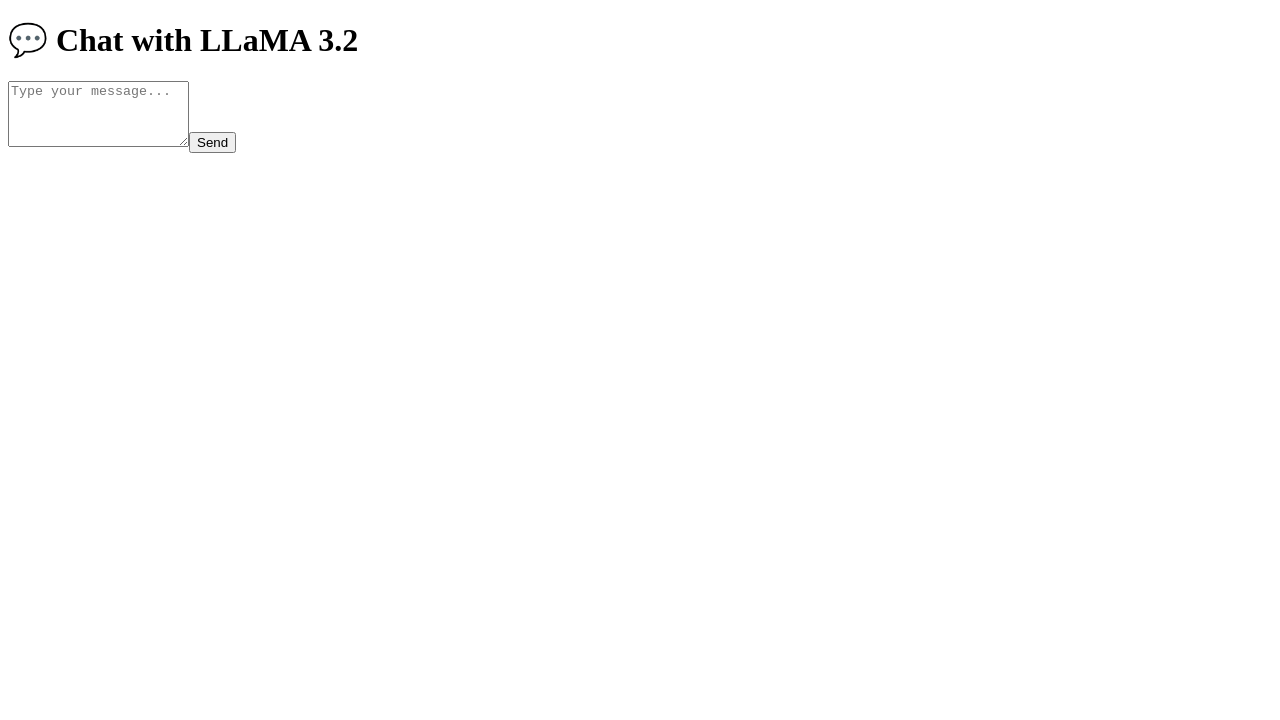
Repository: Theanh0410/Pre-thesis
Page: / (app in LLM/client/)
The author's editor kept a copy of each file at every save. The page is drawn from the files as they stood at one save, then again after the next save.
The browser window is 1280 px wide. The pictures show the whole page.
The project was rebuilt for these pictures with package versions that can differ from the ones it lists, and the page was loaded fresh each time. The framework's server and built-in components were replaced by stand-ins that run in the browser. Also part of the build but not shown: LLM/client/next.config.js, LLM/client/next.config.mjs.

Above is the page before, as saved 2025-04-07 16:02:32.

### LLM/client/pages/index.js
// import Image from "next/image";
// import { Geist, Geist_Mono } from "next/font/google";

// const geistSans = Geist({
//   variable: "--font-geist-sans",
//   subsets: ["latin"],
// });

// const geistMono = Geist_Mono({
//   variable: "--font-geist-mono",
//   subsets: ["latin"],
// });

// export default function Home() {
//   return (
//     <div className="grid grid-rows-[20px_1fr_20px] items-center justify-items-center min-h-screen p-8 pb-20 gap-16 sm:p-20 font-[family-name:var(--font-geist-sans)]">
//       <main className="flex flex-col gap-[32px] row-start-2 items-center sm:items-start">
//         <Image
//           className="dark:invert"
//           src="/next.svg"
//           alt="Next.js logo"
//           width={180}
//           height={38}
//           priority
//         />
//         <ol className="list-inside list-decimal text-sm/6 text-center sm:text-left font-[family-name:var(--font-geist-mono)]">
//           <li className="mb-2 tracking-[-.01em]">
//             Get started by editing{" "}
//             <code className="bg-black/[.05] dark:bg-white/[.06] px-1 py-0.5 rounded font-[family-name:var(--font-geist-mono)] font-semibold">
//               pages/index.js
//             </code>
//             .
//           </li>
//           <li className="tracking-[-.01em]">
//             Save and see your changes instantly.
//           </li>
//         </ol>
//         <div className="flex gap-4 items-center flex-col sm:flex-row">
//           <a
//             className="rounded-full border border-solid border-transparent transition-colors flex items-center justify-center bg-foreground text-background gap-2 hover:bg-[#383838] dark:hover:bg-[#ccc] font-medium text-sm sm:text-base h-10 sm:h-12 px-4 sm:px-5 sm:w-auto"
//             href="https://vercel.com/new?utm_source=create-next-app&utm_medium=default-template-tw&utm_campaign=create-next-app"
//             target="_blank"
//             rel="noopener noreferrer"
//           >
//             <Image
//               className="dark:invert"
//               src="/vercel.svg"
//               alt="Vercel logomark"
//               width={20}
//               height={20}
//             />
//             Deploy now
//           </a>
//           <a
//             className="rounded-full border border-solid border-black/[.08] dark:border-white/[.145] transition-colors flex items-center justify-center hover:bg-[#f2f2f2] dark:hover:bg-[#1a1a1a] hover:border-transparent font-medium text-sm sm:text-base h-10 sm:h-12 px-4 sm:px-5 w-full sm:w-auto md:w-[158px]"
//             href="https://nextjs.org/docs?utm_source=create-next-app&utm_medium=default-template-tw&utm_campaign=create-next-app"
//             target="_blank"
//             rel="noopener noreferrer"
//           >
//             Read our docs
//           </a>
//         </div>
//       </main>
//       <footer className="row-start-3 flex gap-[24px] flex-wrap items-center justify-center">
//         <a
//           className="flex items-center gap-2 hover:underline hover:underline-offset-4"
//           href="https://nextjs.org/learn?utm_source=create-next-app&utm_medium=default-template-tw&utm_campaign=create-next-app"
//           target="_blank"
//           rel="noopener noreferrer"
//         >
//           <Image
//             aria-hidden
//             src="/file.svg"
//             alt="File icon"
//             width={16}
//             height={16}
//           />
//           Learn
//         </a>
//         <a
//           className="flex items-center gap-2 hover:underline hover:underline-offset-4"
//           href="https://vercel.com/templates?framework=next.js&utm_source=create-next-app&utm_medium=default-template-tw&utm_campaign=create-next-app"
//           target="_blank"
//           rel="noopener noreferrer"
//         >
//           <Image
//             aria-hidden
//             src="/window.svg"
//             alt="Window icon"
//             width={16}
//             height={16}
//           />
//           Examples
//         </a>
//         <a
//           className="flex items-center gap-2 hover:underline hover:underline-offset-4"
//           href="https://nextjs.org?utm_source=create-next-app&utm_medium=default-template-tw&utm_campaign=create-next-app"
//           target="_blank"
//           rel="noopener noreferrer"
//         >
//           <Image
//             aria-hidden
//             src="/globe.svg"
//             alt="Globe icon"
//             width={16}
//             height={16}
//           />
//           Go to nextjs.org →
//         </a>
//       </footer>
//     </div>
//   );
// }

import { useState } from 'react';

export default function Home() {
  const [prompt, setPrompt] = useState('');
  const [messages, setMessages] = useState([]);
  const [loading, setLoading] = useState(false);

  const sendPrompt = async () => {
    if (!prompt.trim()) return;

    const userMsg = { role: 'user', text: prompt };
    setMessages([...messages, userMsg]);
    setPrompt('');
    setLoading(true);

    const res = await fetch('http://localhost:5000/api/chat', {
      method: 'POST',
      headers: { 'Content-Type': 'application/json' },
      body: JSON.stringify({ prompt: userMsg.text }),
    });

    const reader = res.body.getReader();
    const decoder = new TextDecoder('utf-8');
    let botMsg = { role: 'bot', text: '' };
    setMessages(prev => [...prev, botMsg]);

    while (true) {
      const { done, value } = await reader.read();
      if (done) break;
      const chunk = decoder.decode(value);
      botMsg.text += chunk;
      setMessages(prev => [...prev.slice(0, -1), botMsg]);
    }

    setLoading(false);
  };

  return (
    <main className="min-h-screen bg-gray-100 py-10 px-4 font-sans">
      <div className="max-w-2xl mx-auto bg-white p-6 rounded-lg shadow-md">
        <h1 className="text-2xl font-bold mb-4">💬 Chat with LLaMA 3.2</h1>
        <div className="h-80 overflow-y-auto border p-4 rounded bg-gray-50 mb-4">
          {messages.map((msg, idx) => (
            <div key={idx} className={`mb-2 ${msg.role === 'user' ? 'text-blue-600' : 'text-green-700'}`}>
              <strong>{msg.role === 'user' ? 'You' : 'LLaMA'}:</strong> {msg.text}
            </div>
          ))}
        </div>
        <textarea
          rows={4}
          value={prompt}
          onChange={(e) => setPrompt(e.target.value)}
          className="w-full p-2 border rounded mb-2"
          placeholder="Type your message..."
        />
        <button
          onClick={sendPrompt}
          disabled={loading}
          className="bg-blue-600 text-white px-4 py-2 rounded hover:bg-blue-700"
        >
          {loading ? 'Thinking...' : 'Send'}
        </button>
      </div>
    </main>
  );
}

Loaded but not shown: LLM/client/pages/_app.js (common file); LLM/client/pages/_document.js (common file); LLM/client/styles/globals.css (no stored copy; drawn as an empty file)

After the next save:
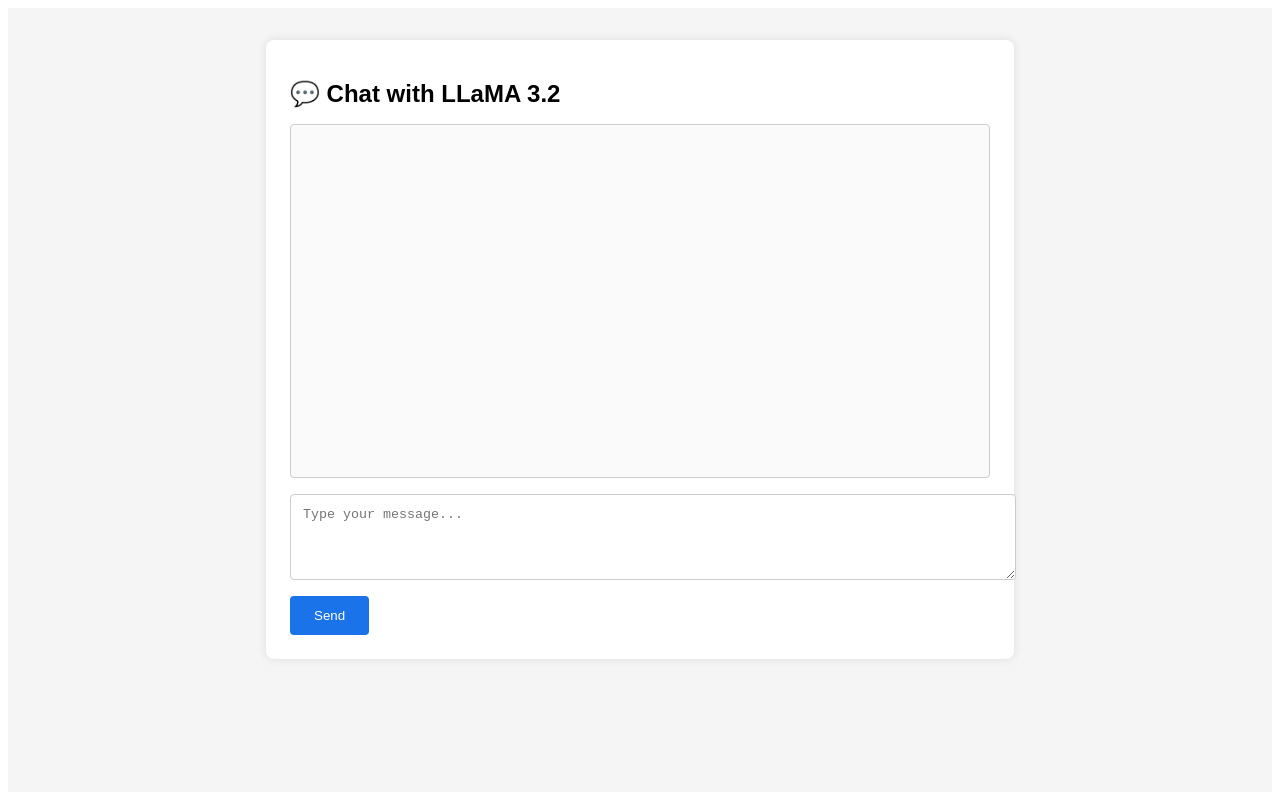
Saved 19 min 12 s later.
--- a/LLM/client/pages/index.js
+++ b/LLM/client/pages/index.js
@@ -1,117 +1,3 @@
-// import Image from "next/image";
-// import { Geist, Geist_Mono } from "next/font/google";
-
-// const geistSans = Geist({
-//   variable: "--font-geist-sans",
-//   subsets: ["latin"],
-// });
-
-// const geistMono = Geist_Mono({
-//   variable: "--font-geist-mono",
-//   subsets: ["latin"],
-// });
-
-// export default function Home() {
-//   return (
-//     <div className="grid grid-rows-[20px_1fr_20px] items-center justify-items-center min-h-screen p-8 pb-20 gap-16 sm:p-20 font-[family-name:var(--font-geist-sans)]">
-//       <main className="flex flex-col gap-[32px] row-start-2 items-center sm:items-start">
-//         <Image
-//           className="dark:invert"
-//           src="/next.svg"
-//           alt="Next.js logo"
-//           width={180}
-//           height={38}
-//           priority
-//         />
-//         <ol className="list-inside list-decimal text-sm/6 text-center sm:text-left font-[family-name:var(--font-geist-mono)]">
-//           <li className="mb-2 tracking-[-.01em]">
-//             Get started by editing{" "}
-//             <code className="bg-black/[.05] dark:bg-white/[.06] px-1 py-0.5 rounded font-[family-name:var(--font-geist-mono)] font-semibold">
-//               pages/index.js
-//             </code>
-//             .
-//           </li>
-//           <li className="tracking-[-.01em]">
-//             Save and see your changes instantly.
-//           </li>
-//         </ol>
-//         <div className="flex gap-4 items-center flex-col sm:flex-row">
-//           <a
-//             className="rounded-full border border-solid border-transparent transition-colors flex items-center justify-center bg-foreground text-background gap-2 hover:bg-[#383838] dark:hover:bg-[#ccc] font-medium text-sm sm:text-base h-10 sm:h-12 px-4 sm:px-5 sm:w-auto"
-//             href="https://vercel.com/new?utm_source=create-next-app&utm_medium=default-template-tw&utm_campaign=create-next-app"
-//             target="_blank"
-//             rel="noopener noreferrer"
-//           >
-//             <Image
-//               className="dark:invert"
-//               src="/vercel.svg"
-//               alt="Vercel logomark"
-//               width={20}
-//               height={20}
-//             />
-//             Deploy now
-//           </a>
-//           <a
-//             className="rounded-full border border-solid border-black/[.08] dark:border-white/[.145] transition-colors flex items-center justify-center hover:bg-[#f2f2f2] dark:hover:bg-[#1a1a1a] hover:border-transparent font-medium text-sm sm:text-base h-10 sm:h-12 px-4 sm:px-5 w-full sm:w-auto md:w-[158px]"
-//             href="https://nextjs.org/docs?utm_source=create-next-app&utm_medium=default-template-tw&utm_campaign=create-next-app"
-//             target="_blank"
-//             rel="noopener noreferrer"
-//           >
-//             Read our docs
-//           </a>
-//         </div>
-//       </main>
-//       <footer className="row-start-3 flex gap-[24px] flex-wrap items-center justify-center">
-//         <a
-//           className="flex items-center gap-2 hover:underline hover:underline-offset-4"
-//           href="https://nextjs.org/learn?utm_source=create-next-app&utm_medium=default-template-tw&utm_campaign=create-next-app"
-//           target="_blank"
-//           rel="noopener noreferrer"
-//         >
-//           <Image
-//             aria-hidden
-//             src="/file.svg"
-//             alt="File icon"
-//             width={16}
-//             height={16}
-//           />
-//           Learn
-//         </a>
-//         <a
-//           className="flex items-center gap-2 hover:underline hover:underline-offset-4"
-//           href="https://vercel.com/templates?framework=next.js&utm_source=create-next-app&utm_medium=default-template-tw&utm_campaign=create-next-app"
-//           target="_blank"
-//           rel="noopener noreferrer"
-//         >
-//           <Image
-//             aria-hidden
-//             src="/window.svg"
-//             alt="Window icon"
-//             width={16}
-//             height={16}
-//           />
-//           Examples
-//         </a>
-//         <a
-//           className="flex items-center gap-2 hover:underline hover:underline-offset-4"
-//           href="https://nextjs.org?utm_source=create-next-app&utm_medium=default-template-tw&utm_campaign=create-next-app"
-//           target="_blank"
-//           rel="noopener noreferrer"
-//         >
-//           <Image
-//             aria-hidden
-//             src="/globe.svg"
-//             alt="Globe icon"
-//             width={16}
-//             height={16}
-//           />
-//           Go to nextjs.org →
-//         </a>
-//       </footer>
-//     </div>
-//   );
-// }
-
 import { useState } from 'react';
 
 export default function Home() {
@@ -136,7 +22,6 @@
     const reader = res.body.getReader();
     const decoder = new TextDecoder('utf-8');
     let botMsg = { role: 'bot', text: '' };
-    setMessages(prev => [...prev, botMsg]);
 
     while (true) {
       const { done, value } = await reader.read();
@@ -146,16 +31,17 @@
       setMessages(prev => [...prev.slice(0, -1), botMsg]);
     }
 
+    setMessages(prev => [...prev, botMsg]);
     setLoading(false);
   };
 
   return (
-    <main className="min-h-screen bg-gray-100 py-10 px-4 font-sans">
-      <div className="max-w-2xl mx-auto bg-white p-6 rounded-lg shadow-md">
-        <h1 className="text-2xl font-bold mb-4">💬 Chat with LLaMA 3.2</h1>
-        <div className="h-80 overflow-y-auto border p-4 rounded bg-gray-50 mb-4">
+    <main style={{ padding: '2rem', fontFamily: 'sans-serif', background: '#f5f5f5', minHeight: '100vh' }}>
+      <div style={{ maxWidth: '700px', margin: 'auto', background: 'white', padding: '1.5rem', borderRadius: '0.5rem', boxShadow: '0 0 10px rgba(0,0,0,0.1)' }}>
+        <h1 style={{ fontSize: '1.5rem', marginBottom: '1rem' }}>💬 Chat with LLaMA 3.2</h1>
+        <div style={{ height: '320px', overflowY: 'auto', border: '1px solid #ccc', padding: '1rem', borderRadius: '0.25rem', background: '#fafafa', marginBottom: '1rem' }}>
           {messages.map((msg, idx) => (
-            <div key={idx} className={`mb-2 ${msg.role === 'user' ? 'text-blue-600' : 'text-green-700'}`}>
+            <div key={idx} style={{ marginBottom: '0.75rem', color: msg.role === 'user' ? '#1a73e8' : '#0f9d58' }}>
               <strong>{msg.role === 'user' ? 'You' : 'LLaMA'}:</strong> {msg.text}
             </div>
           ))}
@@ -164,13 +50,13 @@
           rows={4}
           value={prompt}
           onChange={(e) => setPrompt(e.target.value)}
-          className="w-full p-2 border rounded mb-2"
+          style={{ width: '100%', padding: '0.75rem', borderRadius: '0.25rem', border: '1px solid #ccc', marginBottom: '0.75rem' }}
           placeholder="Type your message..."
         />
         <button
           onClick={sendPrompt}
           disabled={loading}
-          className="bg-blue-600 text-white px-4 py-2 rounded hover:bg-blue-700"
+          style={{ backgroundColor: '#1a73e8', color: 'white', padding: '0.75rem 1.5rem', border: 'none', borderRadius: '0.25rem', cursor: 'pointer' }}
         >
           {loading ? 'Thinking...' : 'Send'}
         </button>
